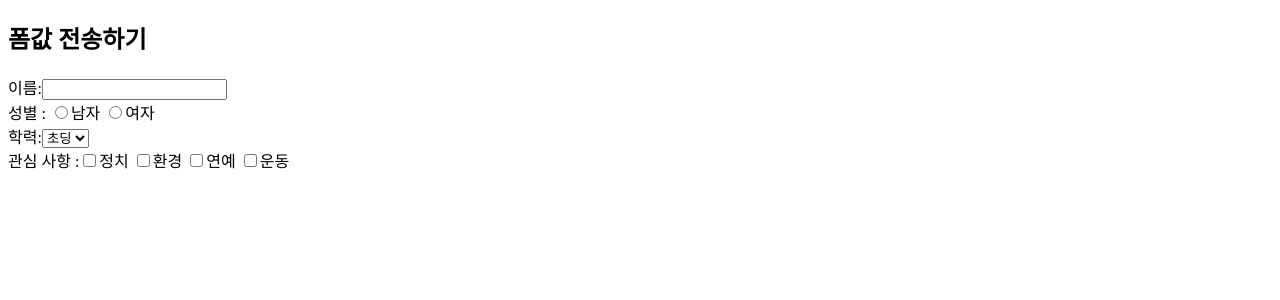
Repository: bluelessman/JSPServlet
Page: http://localhost/ServletStudy/10EL/FormSubmit.jsp
The author's editor kept a copy of each file at every save. The page is drawn from the files as they stood at one save, then again after the next save.
The browser window is 1280 px wide. The pictures show the whole page.
The page is served by Tomcat 10. Other server files are loaded and not shown.

Above is the page before, as saved 2023-12-19 01:00:58.

### ServletStudy/src/main/webapp/10EL/FormSubmit.jsp
<%@ page language="java" contentType="text/html; charset=UTF-8"
    pageEncoding="UTF-8"%>
<!DOCTYPE html>
<html>
<head>
<meta charset="UTF-8">
<title>EL 폼값 처리</title>
</head>
<body>
<h2>폼값 전송하기</h2>
<form name="frm" method="post" action="FormResult.jsp">
이름:<input type="text" name="name"/><br/>
성별 : <input type="radio" name="gender" value="Man"/>남자
<input type="radio" name="gender" value="Woman"/>여자<br/>
학력:<select name="grade">
<option value="ele">초딩</option>
<option value="mid">중딩</option>
<option value="high">고딩</option>
<option value="uni">대딩</option>

</select><br/>
관심 사항 :<input type="checkbox" name="inter" value="pol"/>정치
<input type="checkbox" name="inter" value="eco"/>환경
<input type="checkbox" name="inter" value="ent"/>연예
<input type="checkbox" name="inter" value="spo"/>운동<br/>
<inpuy type="submit" value="전송하기"/>
</form>
</body>
</html>

After the next save:
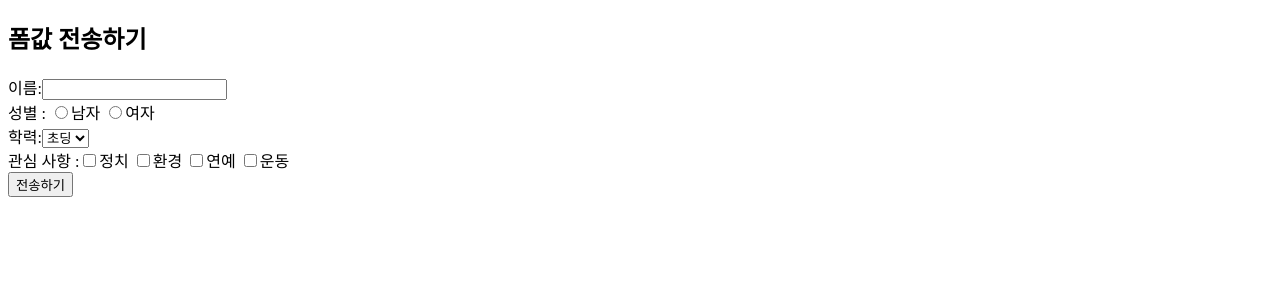
Saved 4 s later.
--- a/ServletStudy/src/main/webapp/10EL/FormSubmit.jsp
+++ b/ServletStudy/src/main/webapp/10EL/FormSubmit.jsp
@@ -23,7 +23,7 @@
 <input type="checkbox" name="inter" value="eco"/>환경
 <input type="checkbox" name="inter" value="ent"/>연예
 <input type="checkbox" name="inter" value="spo"/>운동<br/>
-<inpuy type="submit" value="전송하기"/>
+<input type="submit" value="전송하기"/>
 </form>
 </body>
 </html>
